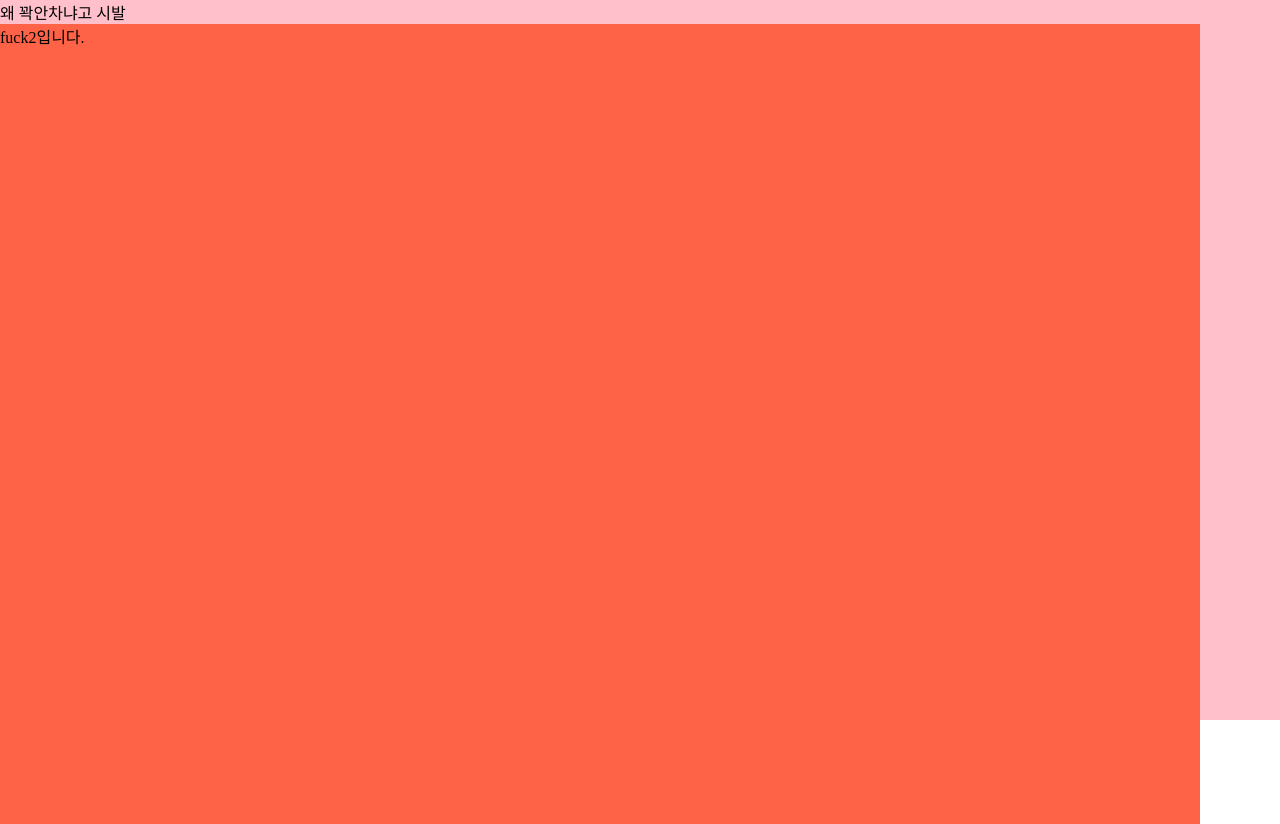
Repository: Devhyeongseon/Academy_Jsp
Page: http://localhost/MyBasic/user/DIV_Study.jsp
These files come from the project's save history. The page is drawn as it stood at one moment and after the next save; the edit follows.
The browser window is 1280 px wide. The pictures show the whole page.
The page is served by Tomcat 9.

Above is the page before, as saved 2024-01-10 07:34:44.

After the next save:
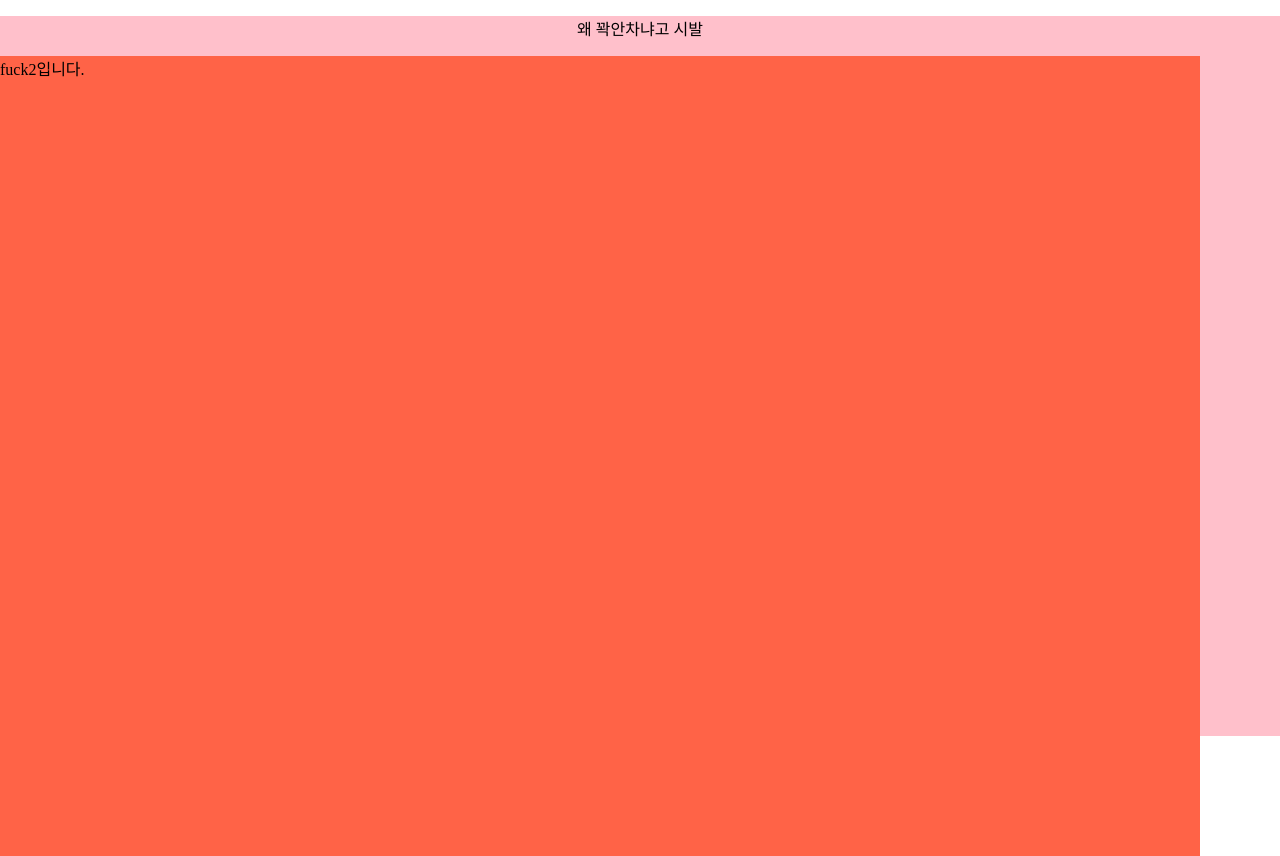
Saved 5 min 54 s later.
--- a/MyBasic/src/main/webapp/user/DIV_Study.jsp
+++ b/MyBasic/src/main/webapp/user/DIV_Study.jsp
@@ -7,10 +7,15 @@
 <title>Insert title here</title>
 
 <style>
+p{
+ text-align: center;
+
+}
 html, body {
 	width: 100%;
 	height: 100%;
 	margin: 0;
+	position: relative;
 }
 
 .fuck1 {
@@ -22,6 +27,9 @@
 	width: 1200px;
 	height: 800px;
 	background: tomato;
+	justify-content: center;
+	align-items: center;
+
 }
 </style>
 </head>
@@ -29,7 +37,7 @@
 
 <body>
 
-	<div class="fuck1">왜 꽉안차냐고 시발
+	<div class="fuck1"><p>왜 꽉안차냐고 시발</p>
 		<div class="fuck2">fuck2입니다.
 		</div>
 	</div>
